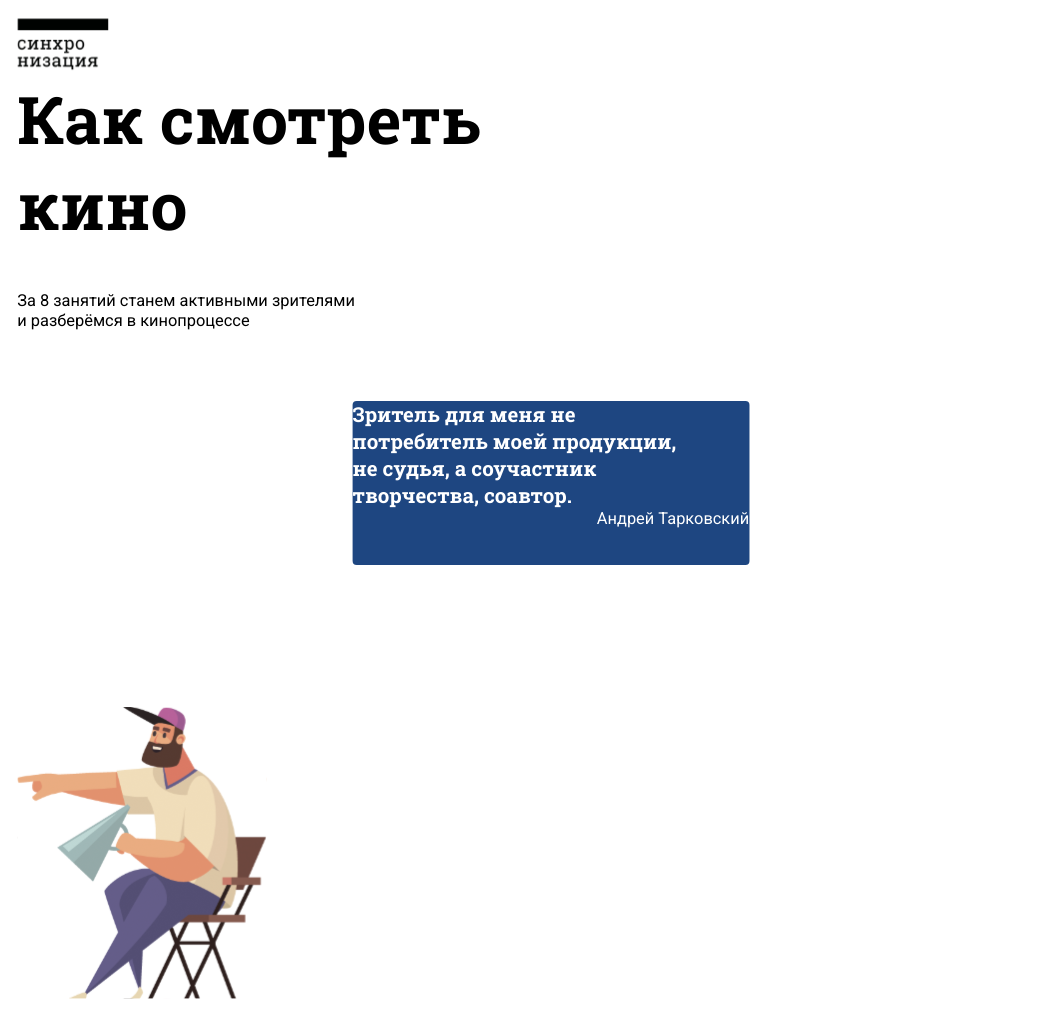
Repository: kubrazamanova/project1
Page: index.html
An editor plug-in stored every save of this project. The page is shown before and after a run of saves, followed by the edit.
The browser window is 1280 px wide. The pictures show the whole page, at 82% of full size.

Above is the page before, as saved 2023-09-09 12:37:15.

### index.html
<!DOCTYPE html>
<html lang="en">

<head>
  <meta charset="UTF-8" />
  <meta name="viewport" content="width=device-width, initial-scale=1.0" />
  <title>Document</title>
  <link rel="stylesheet" href="index.css" />
</head>

<body>
  <div class="container">
    <img src="./logo_mobile_black 1 (1).svg" alt="">
    <div class="text-container">
      <h1>Как смотреть кино</h1>
      <p>За 8 занятий станем активными зрителями и разберёмся в кинопроцессе</p>
    </div>
    <div class="card-box">
      <div class="blue">
        <h1> Зритель для меня не потребитель моей продукции, не судья, а соучастник творчества, соавтор. </h1>
        <br>
        <h2>Андрей Тарковский</h2>
      </div>
    </div>
    <img src="./noroot 1.svg" alt="">
  </div>

</body>
</html>

### index.css
@import url("https://fonts.googleapis.com/css2?family=Roboto+Slab:wght@700&family=Roboto:wght@400;700&display=swap");
* {
  margin: 0;
  padding: 0;
  box-sizing: border-box;
}
.container {
    padding-left: 121px;
    padding-top: 21px;
    padding-right: ;
    padding:  21px ;
}

.text-container {
  /* padding: 248px 246px 174px 122px; */
}
.card-box {
  padding: 87px 0 173px 409px;
}

.text-container h1 {
  margin-bottom: 51px;
  width: 628px;
  color: #000;
  font-family: Roboto Slab;
  font-size: 80px;
  font-style: normal;
  font-weight: 700;
}
.text-container p {
  width: 414px;
  color: #000;
  font-family: Roboto;
  font-size: 20px;
  font-style: normal;
  font-weight: 400;
}
 .img {
  width: 304px;
  height: 356px;
}
.blue {
  border-radius: 5px;
  background: #1e4681;
  width: 483.635px;
  height: 200px;
}

.blue h1 {
  width: 430.589px;
  height: 113px;
  color: #fff;
  font-family: Roboto Slab;
  font-size: 25px;
  font-style: normal;
  font-weight: 400;
}
.blue h2 {
  color: #fff;
  text-align: right;
  font-family: Roboto;
  font-size: 20px;
  font-style: normal;
  font-weight: 400;
}

After the next 3 saves:
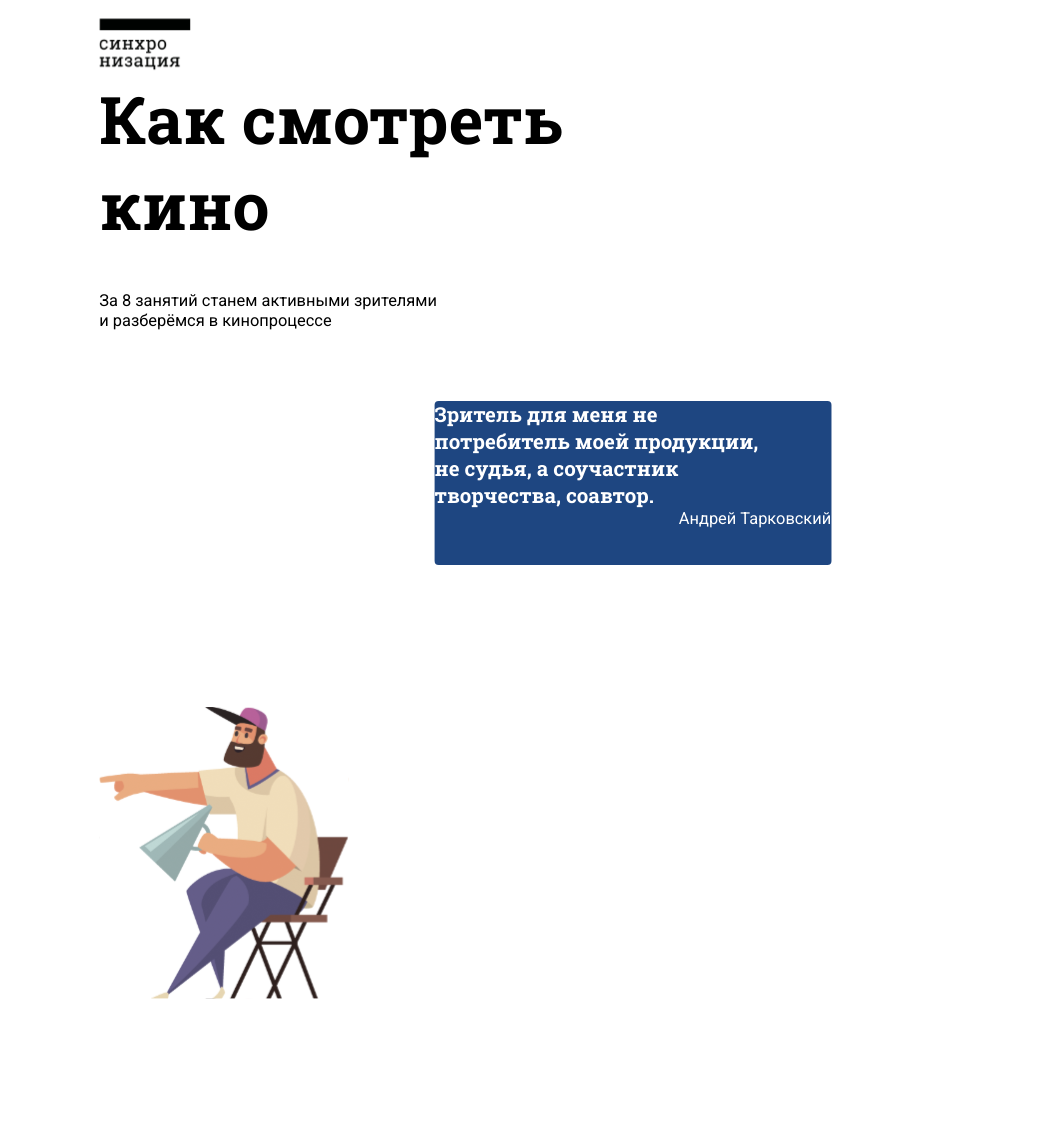
The 3 saves are shown as one change because they came seconds apart.
The last was saved 26 s later.
--- a/index.css
+++ b/index.css
@@ -5,10 +5,7 @@
   box-sizing: border-box;
 }
 .container {
-    padding-left: 121px;
-    padding-top: 21px;
-    padding-right: ;
-    padding:  21px ;
+    padding:  21px 246px 173px 121px;
 }
 
 .text-container {
